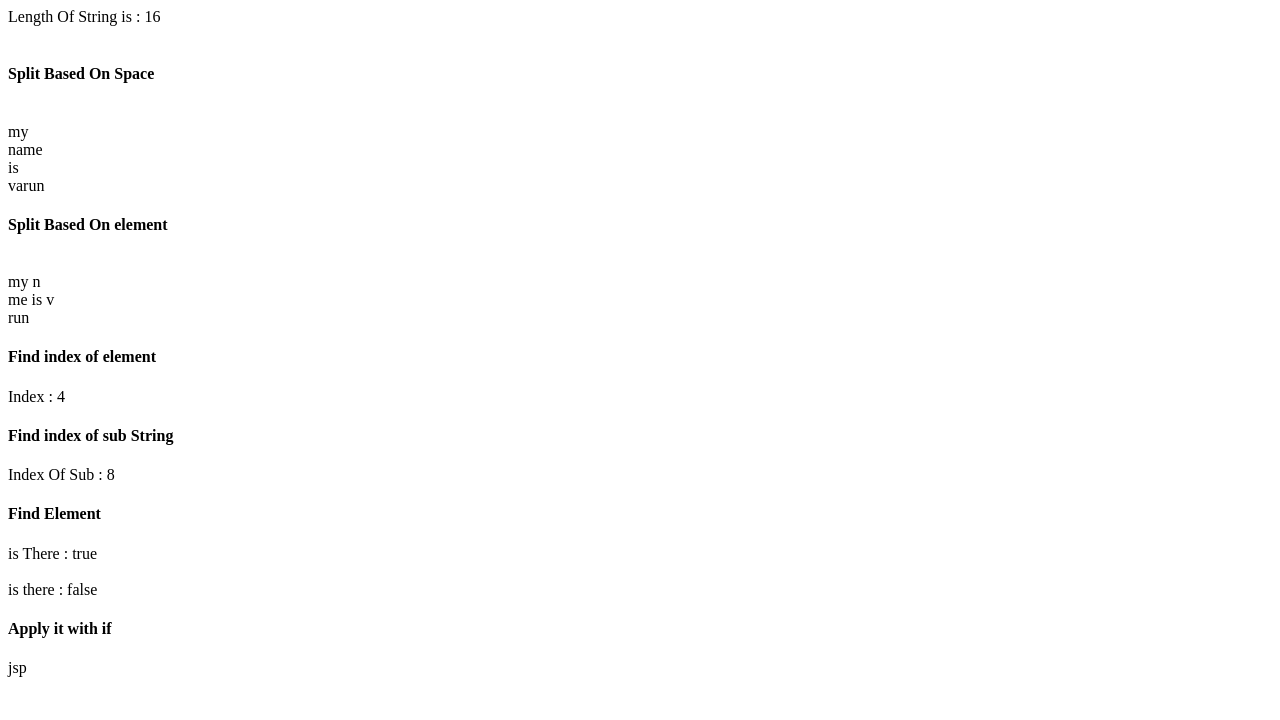
Repository: Kvarun0/JSP_JSTL_SERVLET
Page: http://localhost/C_Jsp_With_Jstl_Basic/jsp_jstl_function.jsp
These files come from the project's save history. The page is drawn as it stood at one moment and after the next save; the edit follows.
The browser window is 1280 px wide. The pictures show the whole page.
The page is served by Tomcat 9.

Above is the page before, as saved 2023-02-03 16:37:33.

After the next save:
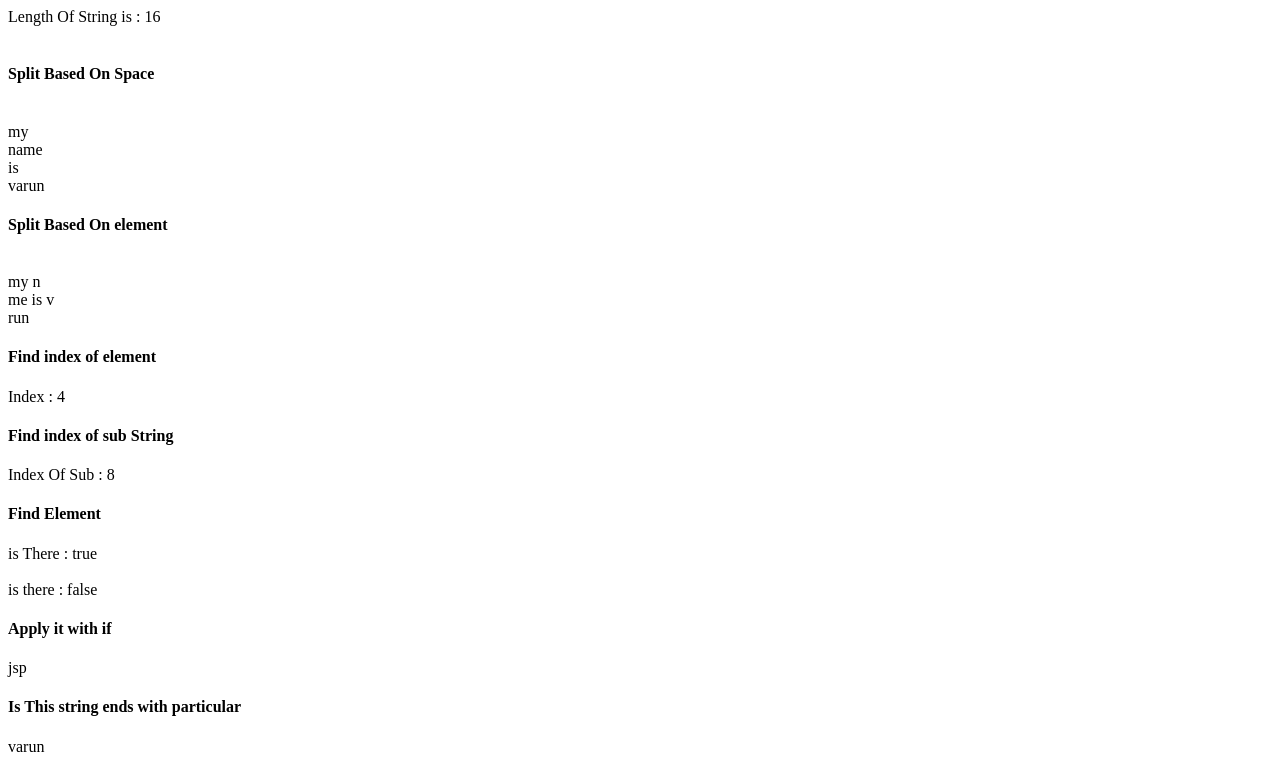
Saved 3 min 16 s later.
--- a/C_Jsp_With_Jstl_Basic/WebContent/jsp_jstl_function.jsp
+++ b/C_Jsp_With_Jstl_Basic/WebContent/jsp_jstl_function.jsp
@@ -51,7 +51,6 @@
 	<br/>
 	is there : ${fn:contains(st,"king") }
 
-
 	<h4> Apply it with if  </h4>
 	<c:set value="jsp" var="comp" />
 	<c:if test="${fn:contains(st,$comp)}">
@@ -59,6 +58,12 @@
 	</c:if>
 
 
+	<br/>
+	<!-- For Checking String is ends with  -->
+	<h4>Is This string ends with particular</h4>
+	<c:if test="${fn:endsWith(st,'varun')}">
+		varun
+	</c:if>
 
 	</body>
 
